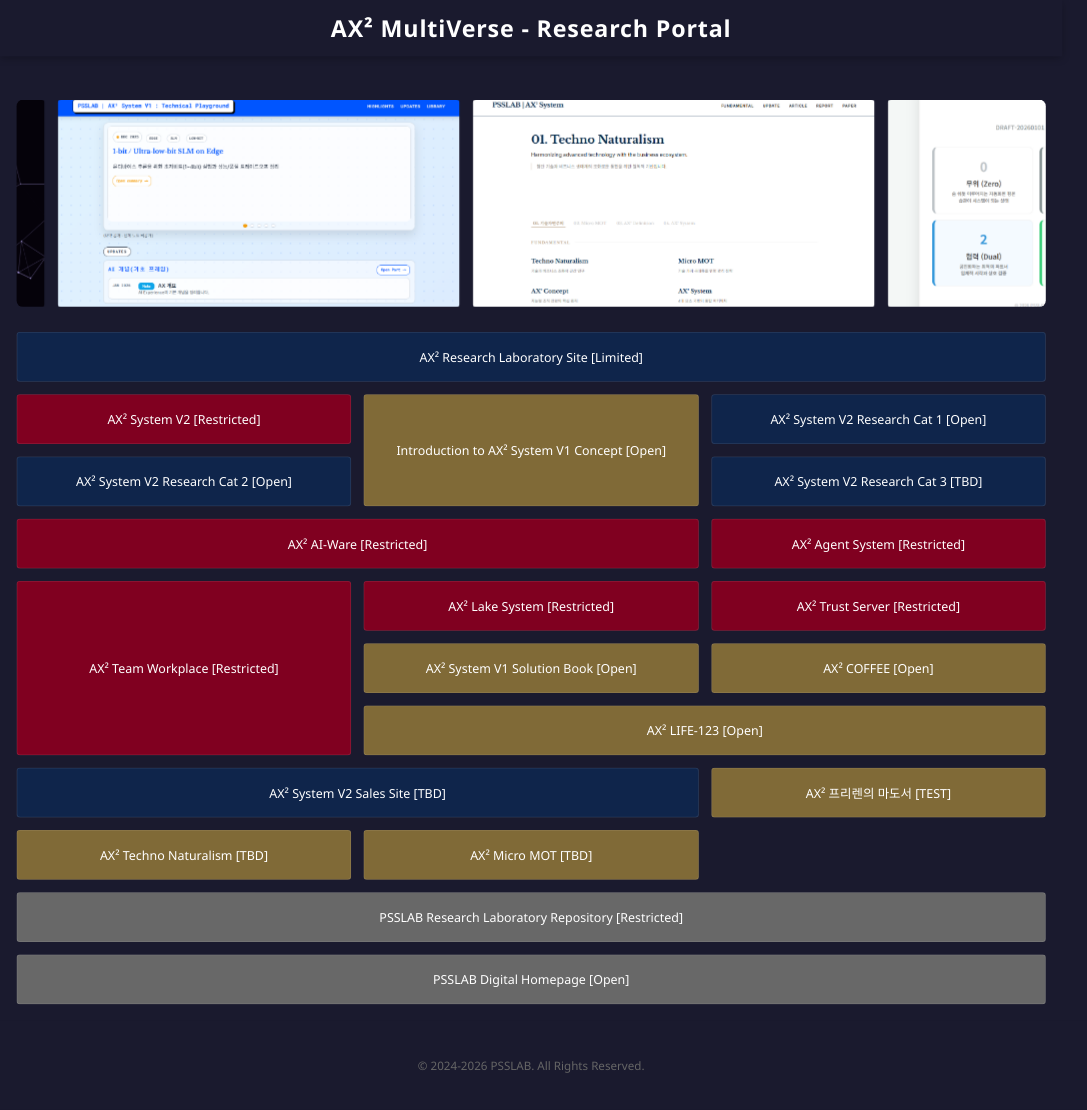
Repository: hycse89/PSSLAB_OpenSite
Page: psslab_multiverse_v3.html
An editor plug-in stored every save of this project. The page is shown before and after a run of saves, followed by the edit.
The browser window is 1280 px wide. The page is 1310 px wide, so the pictures cover 1310 px, including what lies to the right of the window. The pictures show the whole page, at 83% of full size.

Above is the page before, as saved 2026-01-11 21:45:29.

After the next 2 saves:
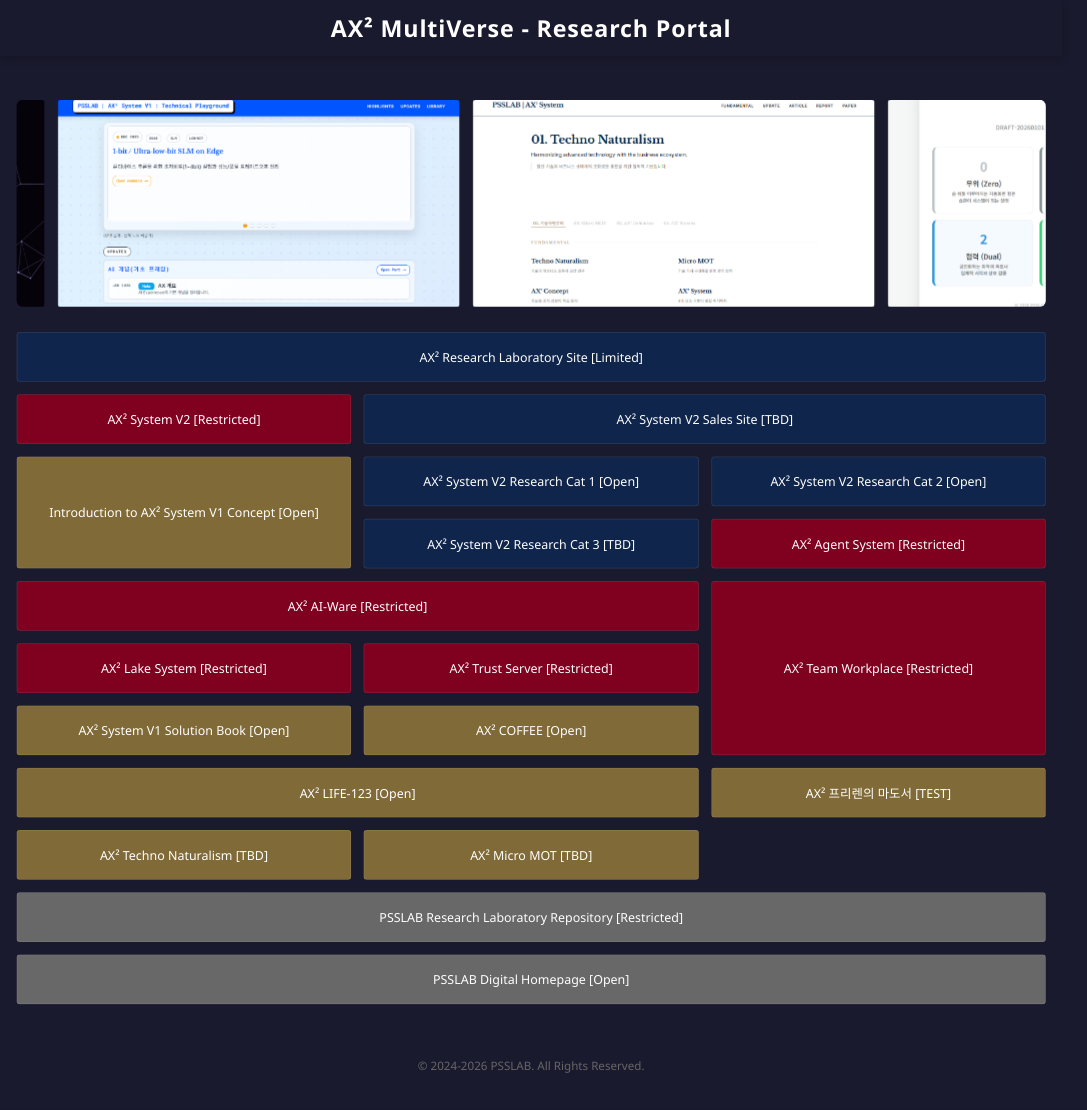
The 2 saves are shown as one change because they came seconds apart.
The last was saved 7 s later.
--- a/psslab_multiverse_v3.html
+++ b/psslab_multiverse_v3.html
@@ -187,7 +187,7 @@
             <a href="https://hycse89.github.io/PSSLAB_OpenSite/ax2_research_lab/" class="link-button color-1 w-3 h-1">AX² Research Laboratory Site [Limited]</a>
 
             <a href="http://localhost:8008" class="link-button color-2 h-1">AX² System V2 [Restricted]</a>
-
+            <a href="ax2_sales/index.html" class="link-button color-1 w-2 h-1">AX² System V2 Sales Site [TBD]</a>
 
             <a href="ax2_v1_concept/ax2_homepage.html" class="link-button color-3 h-2">Introduction to AX² System V1 Concept [Open]</a>
 
@@ -206,7 +206,7 @@
             <a href="http://localhost:8001/ax_site/ax2_life_123/index.html" class="link-button color-3 w-2 h-1">AX² LIFE-123 [Open]</a>
             <a href="http://localhost:8001/ax_site/ax2_coffee/index.html" class="link-button color-3 h-1">AX² COFFEE [Open]</a>
 
-            <a href="ax2_sales/index.html" class="link-button color-1 w-2 h-1">AX² System V2 Sales Site [TBD]</a>
+
 
             <a href="http://localhost:8001/ax_site/ax2_frieren/index.html" class="link-button color-3 h-1">AX² 프리렌의 마도서 [TEST]</a>
 
